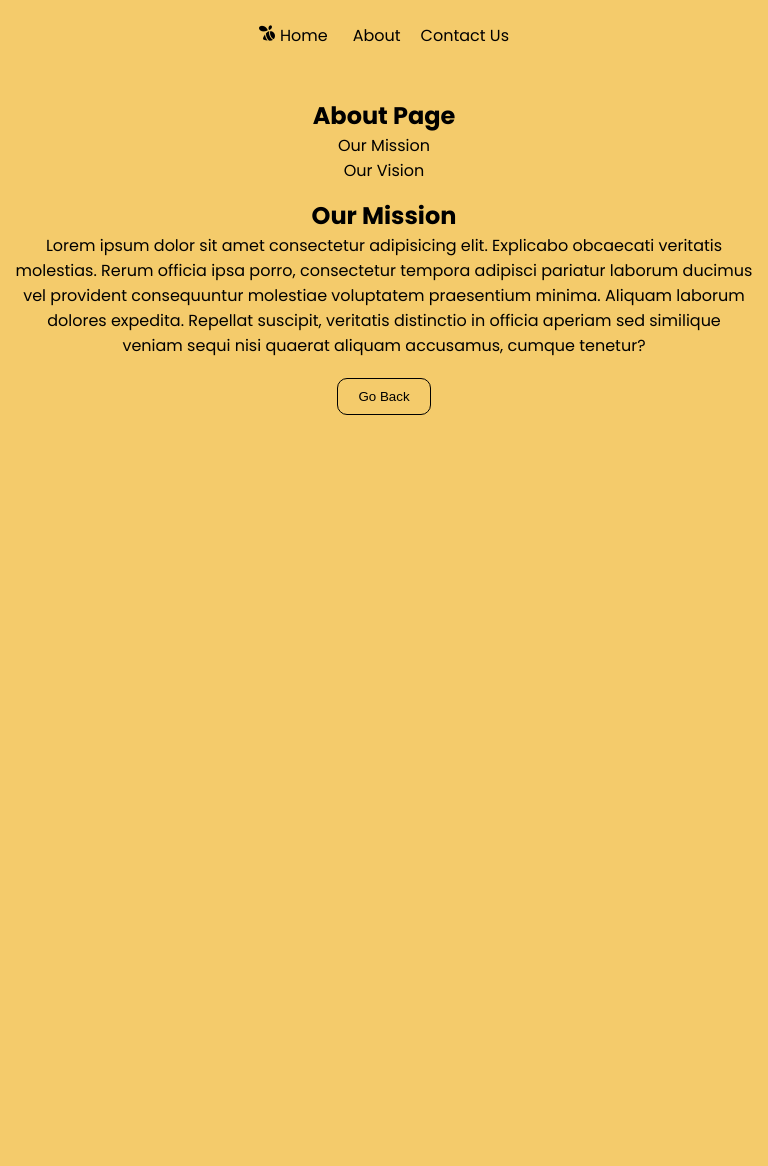
Repository: ble-syn/Random-user-generator-app
Page: /about/mission
An editor plug-in stored every save of this project. The page is shown before and after the next save, followed by the edit.
The browser window is 768 px wide. The pictures show the whole page.
The project was rebuilt for these pictures with package versions that can differ from the ones it lists, and the page was loaded fresh each time. Also part of the build but not shown: src/components/pagination.jsx, src/components/User.jsx, src/pages/Home.jsx, src/components/ErrorFallback.jsx, src/pages/Vision.jsx, src/pages/Contact.jsx, src/pages/NotFound.jsx.

Above is the page before, as saved 2022-10-28 20:09:46.

After the next save:
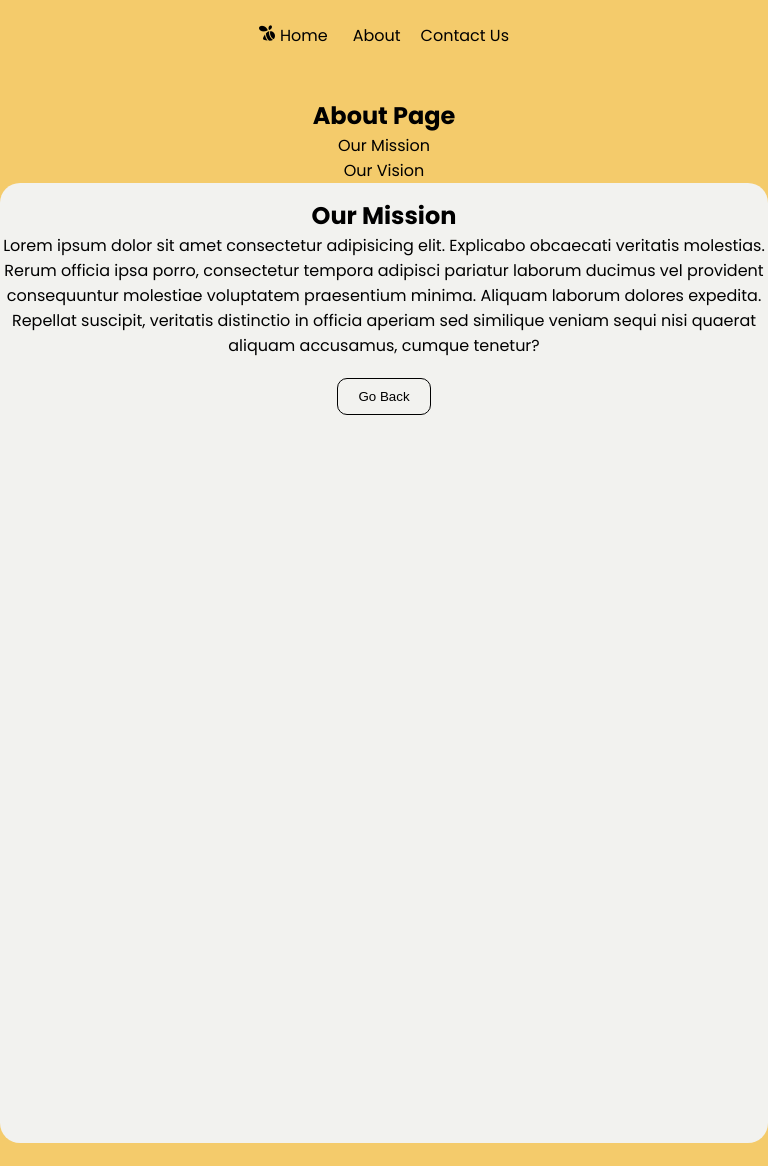
Saved 45 s later.
--- a/src/index.css
+++ b/src/index.css
@@ -113,7 +113,7 @@ background-color: #8DCC50;
 
   flex: 5;
   margin-left: 20px;
-  /* background-color: #F2F2EF; */
+  background-color: #F2F2EF;
   border-radius: 20px;
   padding: 15px 30px;
 
@@ -217,7 +217,8 @@ textarea {
   #right{
     height: 120vh;
     margin-left: 0;
-    padding: 15px;
+    padding: 15px 0;
+    background-color: none;
 
   }
   .usercard {
